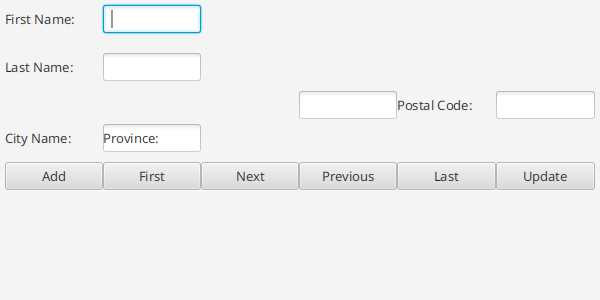
Repository: Mselenko/Java
Program's window: java w_5/JavaFx/src/task_2/AddressBook.java
The author's editor kept a copy of each file at every save. The program's window is drawn from the files as they stood at one save, then again after the next save.
It runs on Java 21 on a 1366 x 768 screen with JavaFX 11; the title bar is not drawn.

Above is the program's window before, as saved 2019-06-21 23:16:25.

### w_5/JavaFx/src/task_2/AddressBook.java
package task_2;

import javafx.application.Application;
import javafx.geometry.HPos;
import javafx.geometry.Insets;
import javafx.geometry.Pos;
import javafx.scene.Scene;
import javafx.scene.control.Button;
import javafx.scene.control.Label;
import javafx.scene.control.TextField;
import javafx.scene.layout.GridPane;
import javafx.stage.Stage;

public class AddressBook extends Application {
    @Override
    public void start(Stage myStage) {

        myStage.setTitle("Address Book");

        GridPane rootNode = new GridPane();
        rootNode.setPadding(new Insets(5));
        rootNode.setHgap(0);
        rootNode.setVgap(5);
        rootNode.setMaxWidth(600);
        //rootNode.setAlignment(Pos.TOP_LEFT);

        Scene myScene = new Scene(rootNode, 600, 300);
        myScene.getStylesheets().add("task_2/application.css");

        rootNode.add(new Label("First Name: "), 0, 0);
        TextField firstValue = new TextField();
        firstValue.getStyleClass().add("text-field");
        //firstValue.setPrefWidth(490);

        rootNode.add(firstValue, 1, 0);
        rootNode.add(new Label("Last Name: "), 0, 4);
        TextField secondValue = new TextField();
        rootNode.add(secondValue, 1, 4);

        rootNode.add(new Label("City Name: "), 0, 7);
        TextField city = new TextField();
        rootNode.add(city, 1, 7);

        rootNode.add(new Label("Province: "), 1, 7);
        TextField province = new TextField();

        rootNode.add(province, 3, 6);

rootNode.add(new Label("Postal Code: "), 4, 6);

        TextField postalCode = new TextField();

        rootNode.add(postalCode, 5, 6);

        Button aButton = new Button("Add");
        aButton.getStyleClass().add("my-special-button");
        rootNode.add(aButton, 0, 9);
        Button bButton = new Button("First");
        rootNode.add(bButton, 1, 9);
        Button cButton = new Button("Next");
        rootNode.add(cButton, 2, 9);
        Button dButton = new Button("Previous");
        rootNode.add(dButton, 3, 9);
        Button eButton = new Button("Last");
        rootNode.add(eButton, 4, 9);
        Button fButton = new Button("Update");
        rootNode.add(fButton, 5, 9);

//        GridPane.setHalignment(aButton, HPos.LEFT);
//        TextField result = new TextField();
//        result.setEditable(false);
//        rootNode.add(result, 1, 3);
//
//        aButton.setOnAction(e -> {
//            Integer value1 = Integer.valueOf(firstValue.getText());
//            Integer value2 = Integer.valueOf(secondValue.getText());
//            Integer r = value1 + value2;
//            result.setText(r.toString());
//        });

        myStage.setScene(myScene);

        myStage.show();
    }

    public static void main(String[] args) {
        launch(args);
    }

}

### w_5/JavaFx/src/task_2/application.css
.text-field{
    -fx-min-width: 50;

}


.button {
    -fx-pref-width: 200px;
}

After the next save:
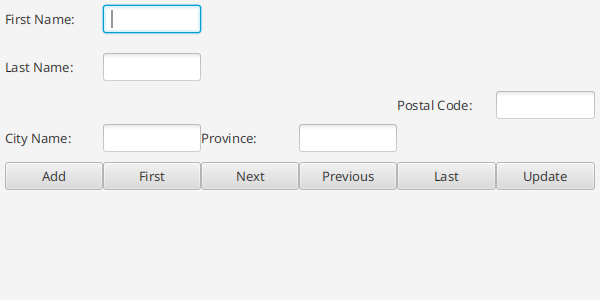
Saved 45 s later.
--- a/w_5/JavaFx/src/task_2/AddressBook.java
+++ b/w_5/JavaFx/src/task_2/AddressBook.java
@@ -41,10 +41,9 @@
         TextField city = new TextField();
         rootNode.add(city, 1, 7);
 
-        rootNode.add(new Label("Province: "), 1, 7);
+        rootNode.add(new Label("Province: "), 2, 7);
         TextField province = new TextField();
-
-        rootNode.add(province, 3, 6);
+        rootNode.add(province, 3, 7);
 
 rootNode.add(new Label("Postal Code: "), 4, 6);
 
